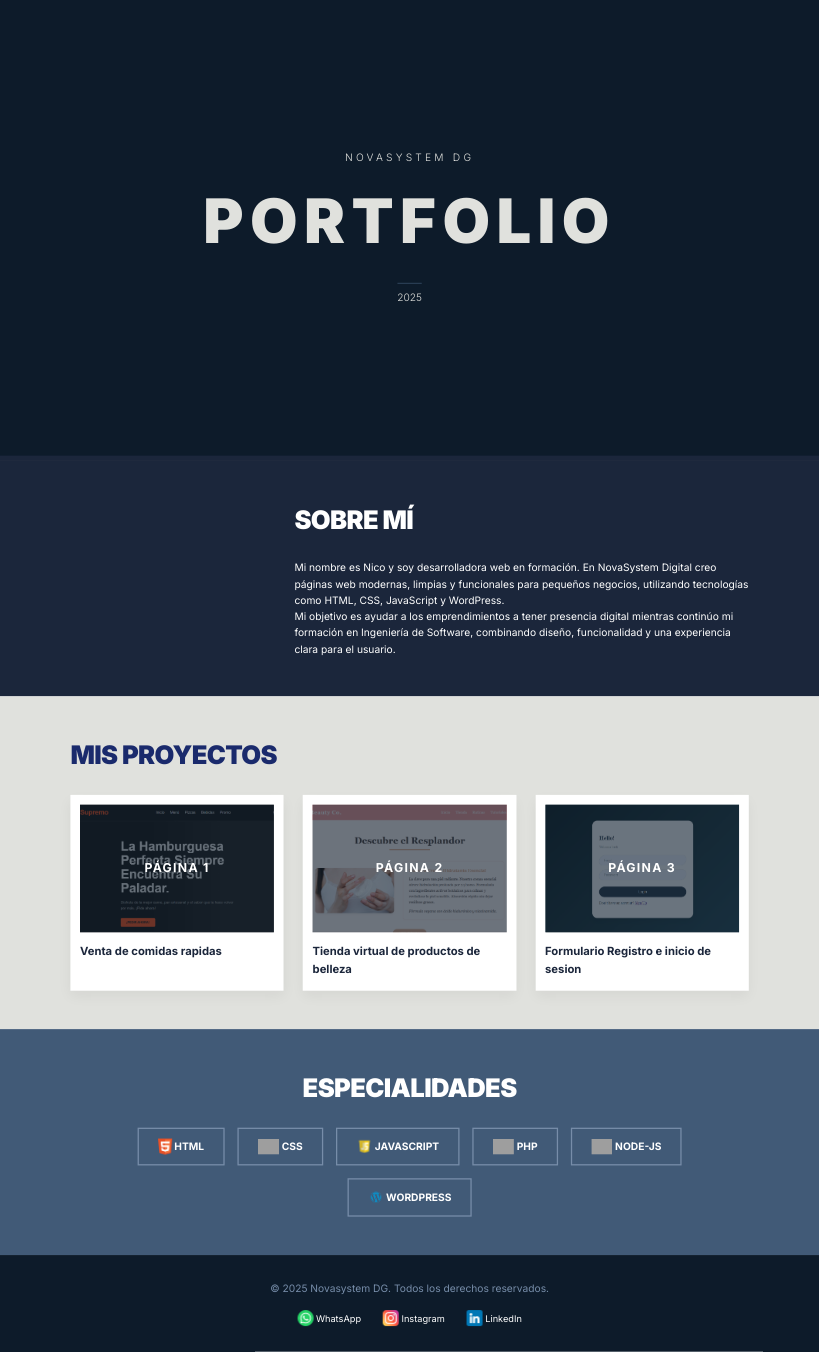
Repository: NovaSystem-DG/Portafolio
Page: index.html
The author's editor kept a copy of each file at every save. The page is drawn from the files as they stood at one save, then again after the next save.
The browser window is 1280 px wide. The pictures show the whole page, at 64% of full size.
Pictures or frames that could not be fetched are drawn as grey boxes.

Above is the page before, as saved 2026-01-09 18:39:50.

After the next save:
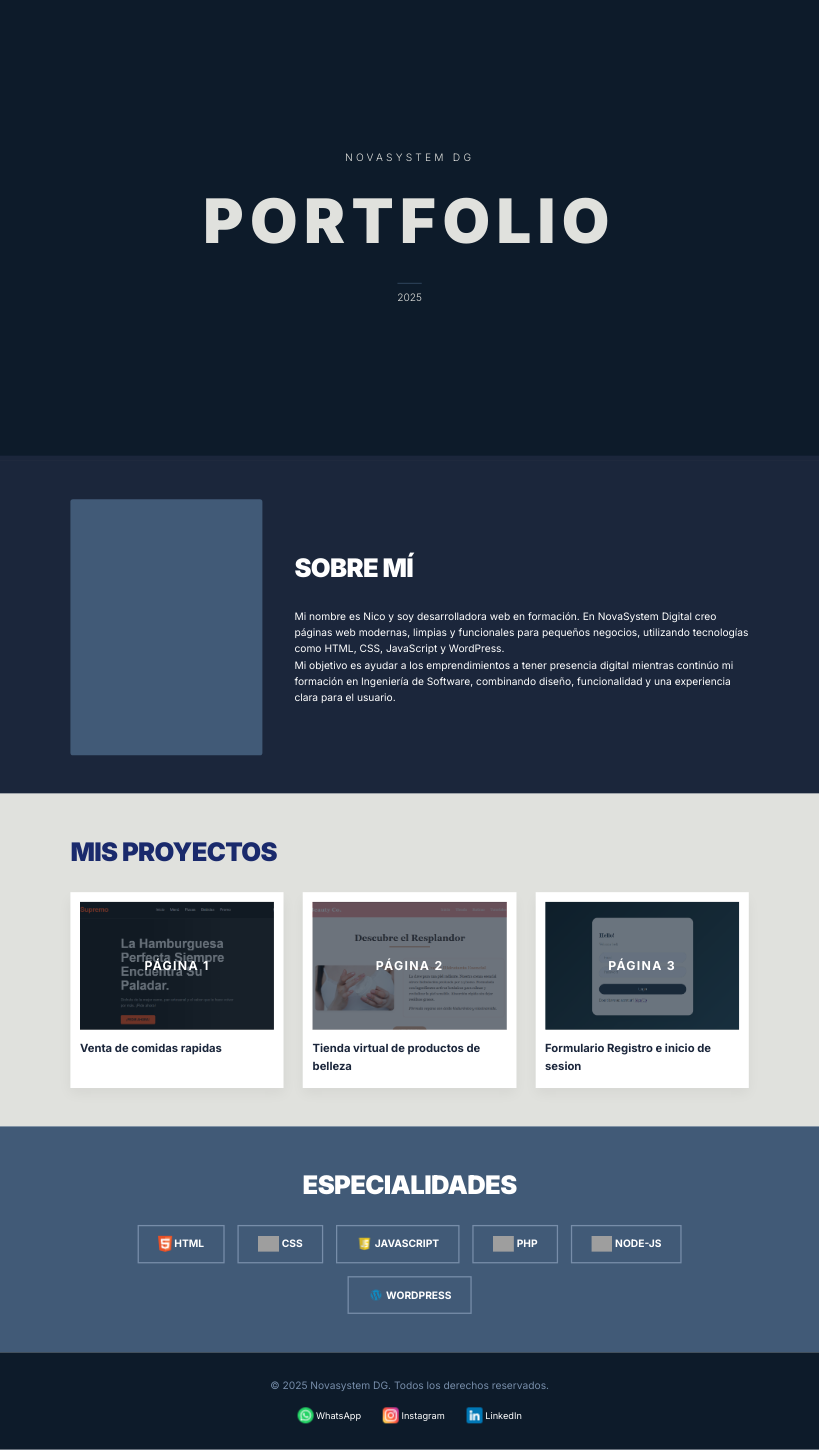
Saved 6 s later.
--- a/style.css
+++ b/style.css
@@ -74,7 +74,7 @@ h2 {
 
 .photo-placeholder {
     width: 300px;
-    height: 00px;
+    height: 400px;
     background-color: #415a77;
     display: flex;
     align-items: center;
